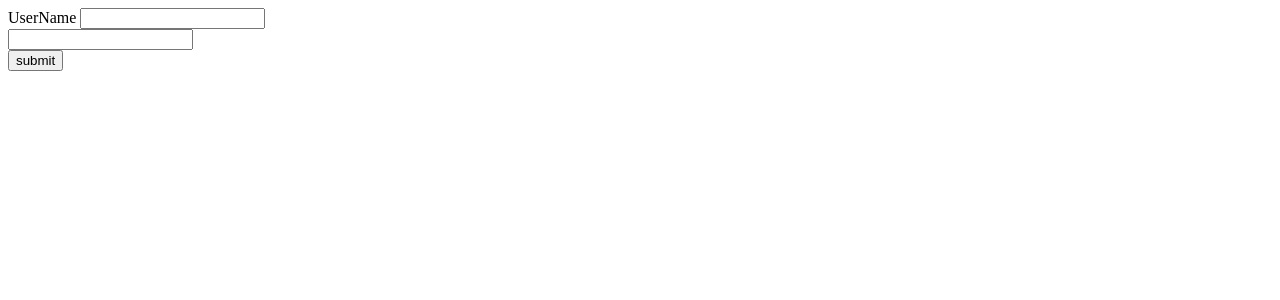
Repository: Kaleakash/onmobilebangalorejavafullstack
Page: http://localhost/JSPDemo/login.jsp
An editor plug-in stored every save of this project. The page is shown before and after the next save, followed by the edit.
The browser window is 1280 px wide. The pictures show the whole page.
The page is served by Tomcat 9.

Above is the page before, as saved 2019-10-12 08:54:12.

After the next save:
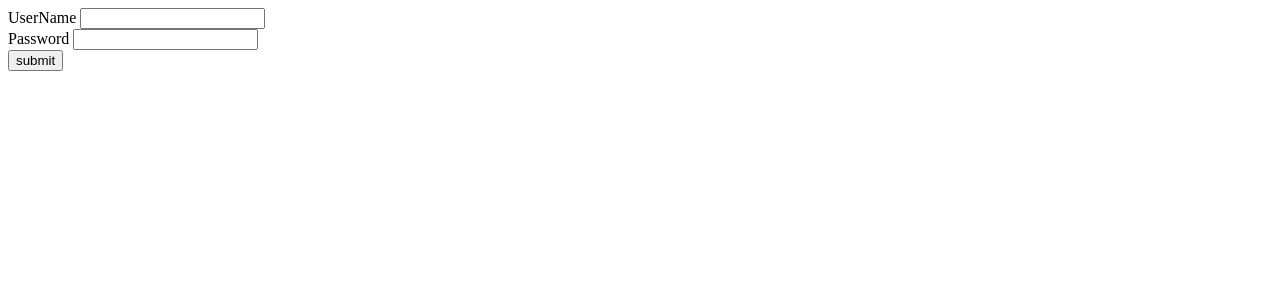
Saved 4 min 5 s later.
--- a/jee workspace/JSPDemo/WebContent/login.jsp
+++ b/jee workspace/JSPDemo/WebContent/login.jsp
@@ -10,6 +10,7 @@
 <form action="check.jsp">
 <label>UserName</label>
 <input type="text" name="user"><br/>
+<label>Password</label>
 <input type="password" name="pass"><br/>
 <input type="submit" value="submit"/>
 </form>
